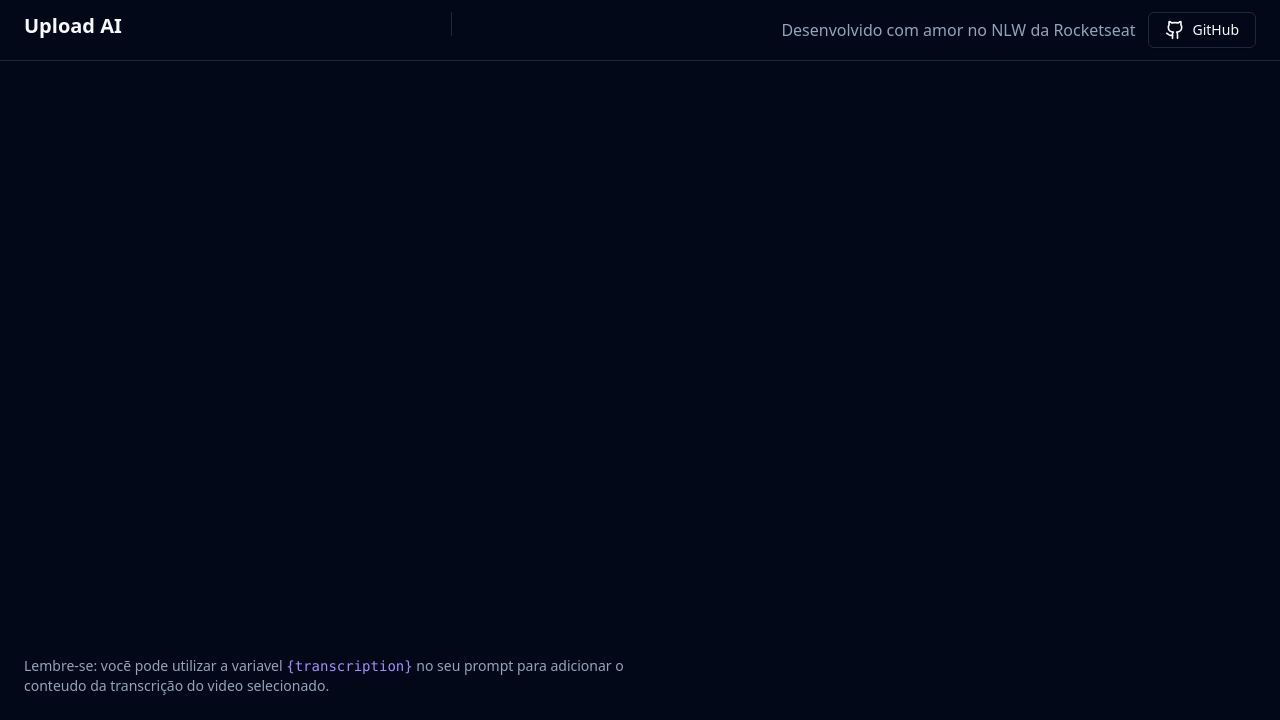
Repository: brksaian/nlw-2023-IA
Page: /
These files come from the project's save history. The page is drawn as it stood at one moment and after the next save; the edit follows.
The browser window is 1280 px wide. The pictures show the whole page.
The project was rebuilt for these pictures with package versions that can differ from the ones it lists, and the page was loaded fresh each time. Also part of the build but not shown: vite.config.ts.

Above is the page before, as saved 2023-09-12 21:52:33.

After the next save:
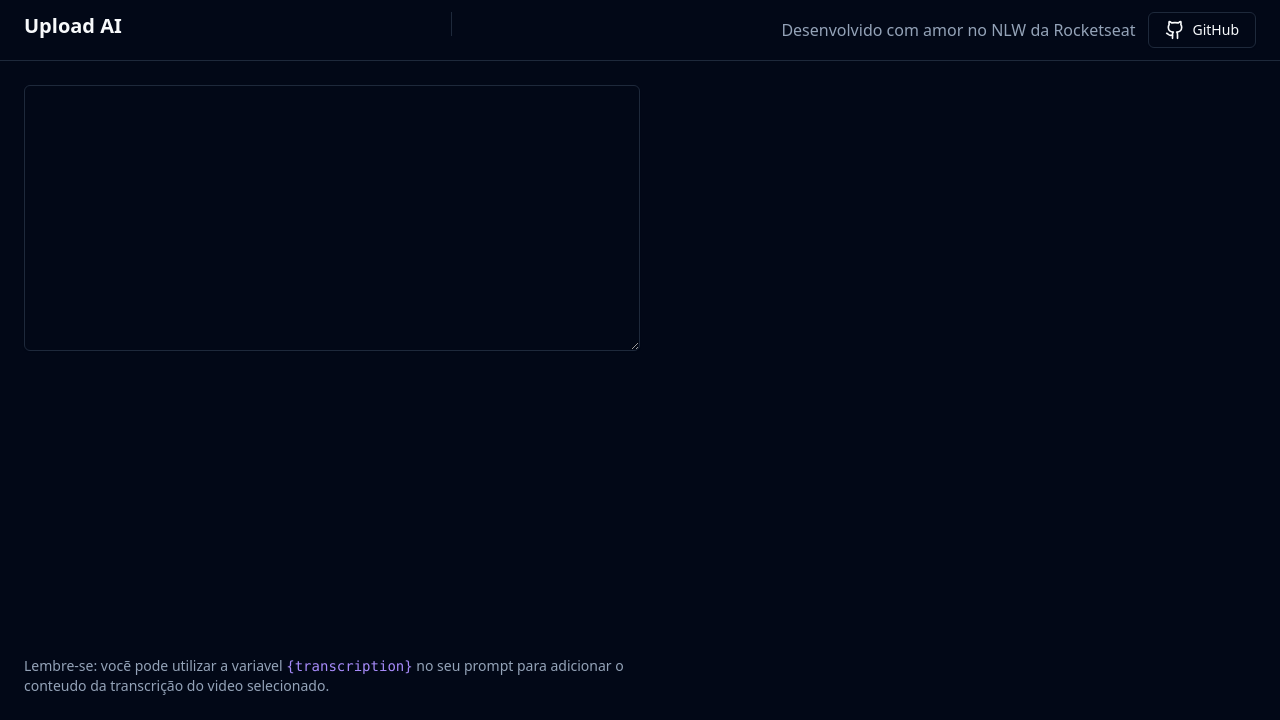
Saved 4 min 20 s later.
--- a/src/App.tsx
+++ b/src/App.tsx
@@ -1,6 +1,7 @@
 import { Button } from "./components/ui/button";
 import { Github } from "lucide-react";
 import { Separator } from "./components/ui/separator";
+import { Textarea } from "./components/ui/textarea";
 
 export function App() {
   return (
@@ -22,7 +23,9 @@ export function App() {
       </div>
       <main className="flex-1 p-6 flex gap-6">
         <div className="flex flex-col gap-6 w-1/2">
-          <div className="grid grid-rows-2 gap-4 flex-1"></div>
+          <div className="grid grid-rows-2 gap-4 flex-1">
+            <Textarea />
+          </div>
           <p className="text-sm text-muted-foreground">
             Lembre-se: vocẽ pode utilizar a variavel{" "}
             <code className="text-violet-400">{"{transcription}"}</code> no seu
